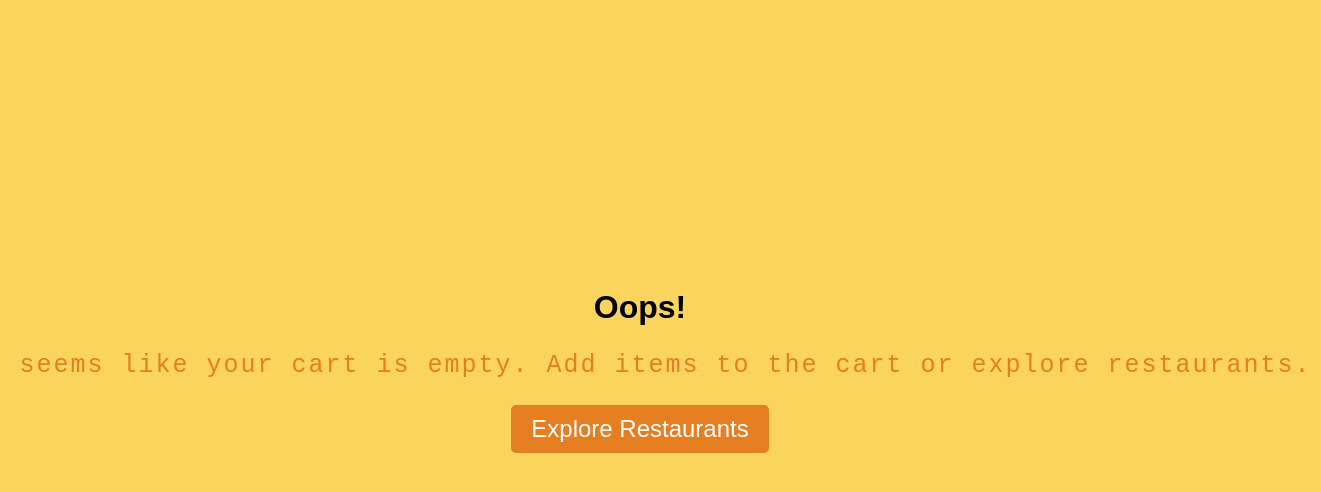
Repository: SWATHIBHUMA/FoodDelivaryApp
Page: http://localhost/FoodDelivaryApp/errorPage.jsp
The author's editor kept a copy of each file at every save. The page is drawn from the files as they stood at one save, then again after the next save.
The browser window is 1280 px wide. The page is 1321 px wide, then 1282 px, so the pictures cover 1321 px, including what lies to the right of the window. The pictures show the whole page.
The page is served by Tomcat 9.

Above is the page before, as saved 2024-01-14 12:12:53.

After the next save:
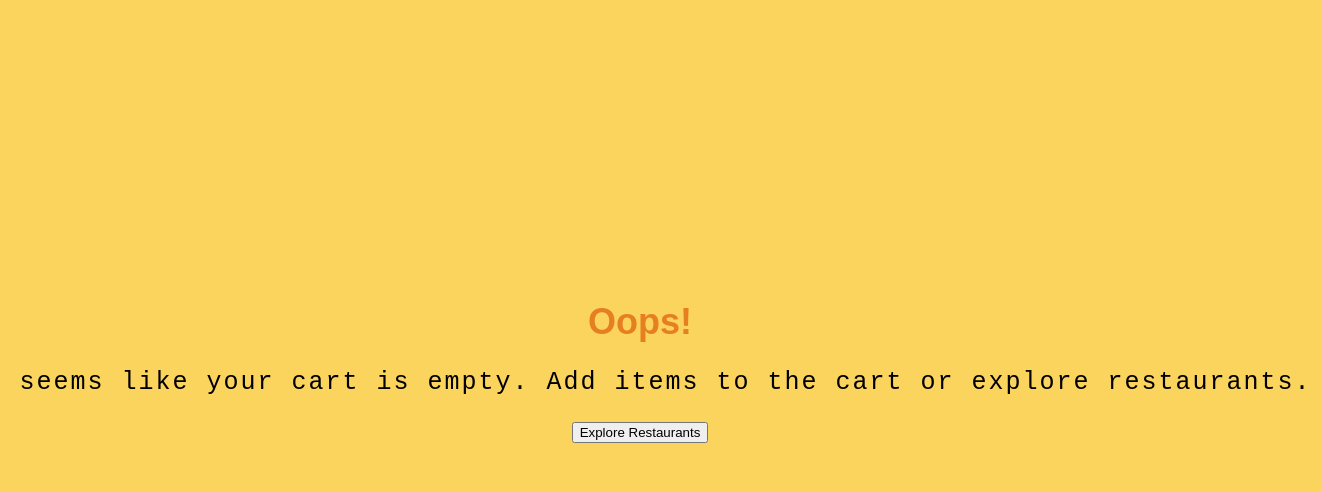
Saved 27 s later.
--- a/FoodDelivaryApp/src/main/webapp/errorPage.jsp
+++ b/FoodDelivaryApp/src/main/webapp/errorPage.jsp
@@ -44,20 +44,6 @@
 		}
 
 		}
-        h1 {
-            color: #e67e22; /* Dark orange text */
-            margin-bottom: 20px;
-            font-size: 36px; /* Increased font size */
-            animation: bounce 1s forwards; /* Change infinite to forwards for single time bounce */
-        }
-
-        p {
-            color: #e67e22; /* Dark orange text */
-            font-size: 20px; /* Increased font size */
-            overflow: hidden; /* Hide overflowing content */
-            white-space: nowrap; /* Prevent wrapping */
-            animation: typing 2s steps(30, end), fadeIn 1s ease; /* Add typing and fade-in animations */
-        }
 
         button {
             background-color: #e67e22; /* Dark orange button color */
@@ -73,7 +59,12 @@
         button:hover {
             background-color: #d35400; /* Darker orange on hover */
         }
-
+h1 {
+            color: #e67e22; /* Dark orange text */
+            margin-bottom: 20px;
+            font-size: 36px; /* Increased font size */
+            animation: bounce 1s forwards; /* Change infinite to forwards for single time bounce */
+        }
         @keyframes bounce {
             0%, 20%, 50%, 80%, 100% {
                 transform: translateY(0);

After the save that followed:
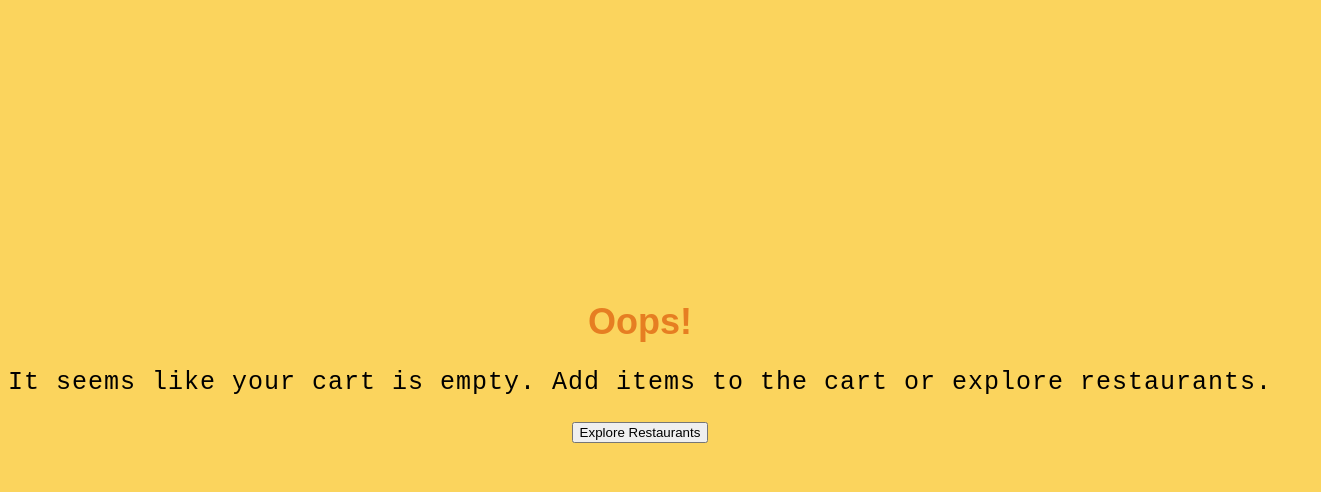
Saved 23 s later.
--- a/FoodDelivaryApp/src/main/webapp/errorPage.jsp
+++ b/FoodDelivaryApp/src/main/webapp/errorPage.jsp
@@ -25,7 +25,7 @@
 
 		.text{
 			font-size: 25px;
-			letter-spacing: 2px;
+			letter-spacing: 1px;
 			font-family: monospace;
 			border-right: 5px solid;
 			width: 100%;
